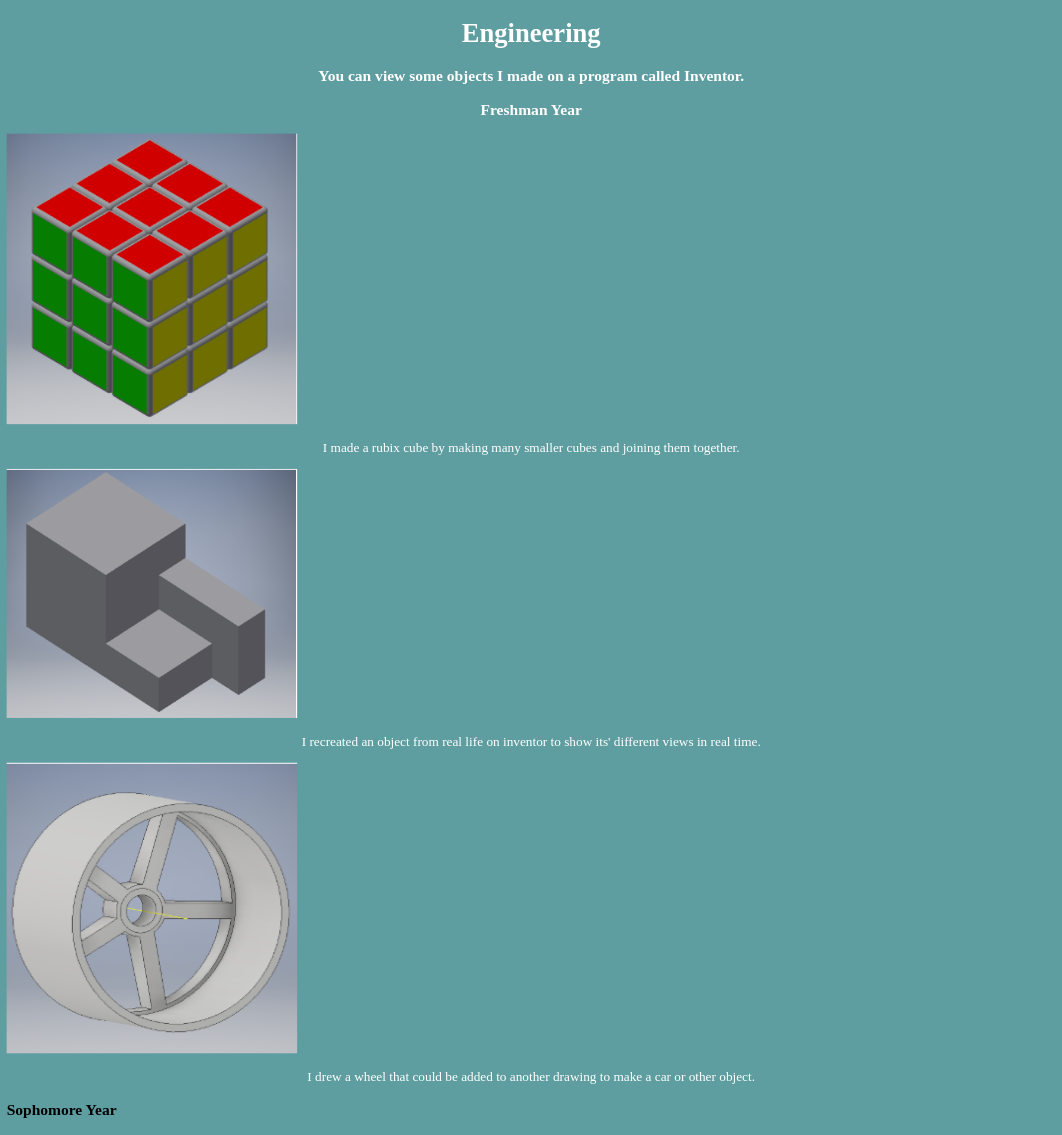
Repository: cdzendzel/cdzendzel.github.io
Page: engineering.html
The author's editor kept a record of every edit. The page is drawn from the files as they stood at one moment, then again after the next edit.
The browser window is 1280 px wide. The pictures show the part of the page from y = 0 to 1367 px (the page is 2000 px tall), at 83% of full size.
Pictures or frames that could not be fetched are drawn as grey boxes.

Above is the page before.

After the next edit:
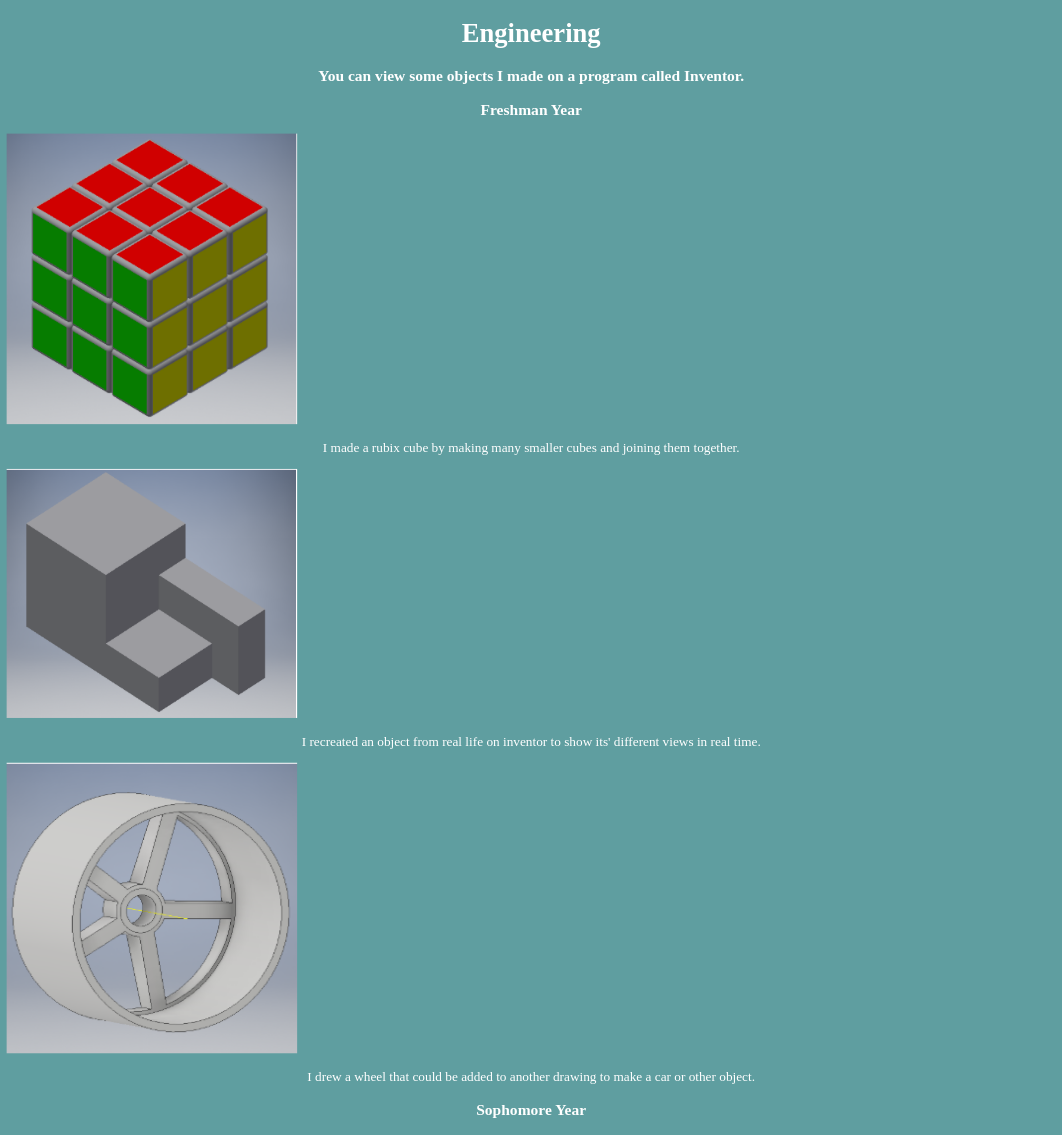
The edit:
--- a/engineering.html
+++ b/engineering.html
@@ -25,7 +25,7 @@
 <img src="images/wheel.PNG" alt="Wheel drawn on inventor""  width= "350" height= "350">
 <p style="text-align:center; color:white;">I drew a wheel that could be added to another drawing to make a car or other object.</a></p>
 
-<h3>Sophomore Year<h3>
+<h3 style="text-align:center; color:white;">Sophomore Year<h3>
 <iframe src="https://docs.google.com/presentation/d/e/2PACX-1vST18-eS-TPYDpfNOgbmih2YoEvldfOJ0uKTPP31FRv7KpF_WFfgjXk9pU2-ZxOS82-iJ-sYYw9PphZ/embed?start=false&loop=false&delayms=3000" frameborder="0" width="960" height="569" allowfullscreen="true" mozallowfullscreen="true" webkitallowfullscreen="true"></iframe>
 <p>A group and I designed a house with eco-friendly features, starting with sketching out blueprints. We then used a website to create a model of our house.<p>
 
